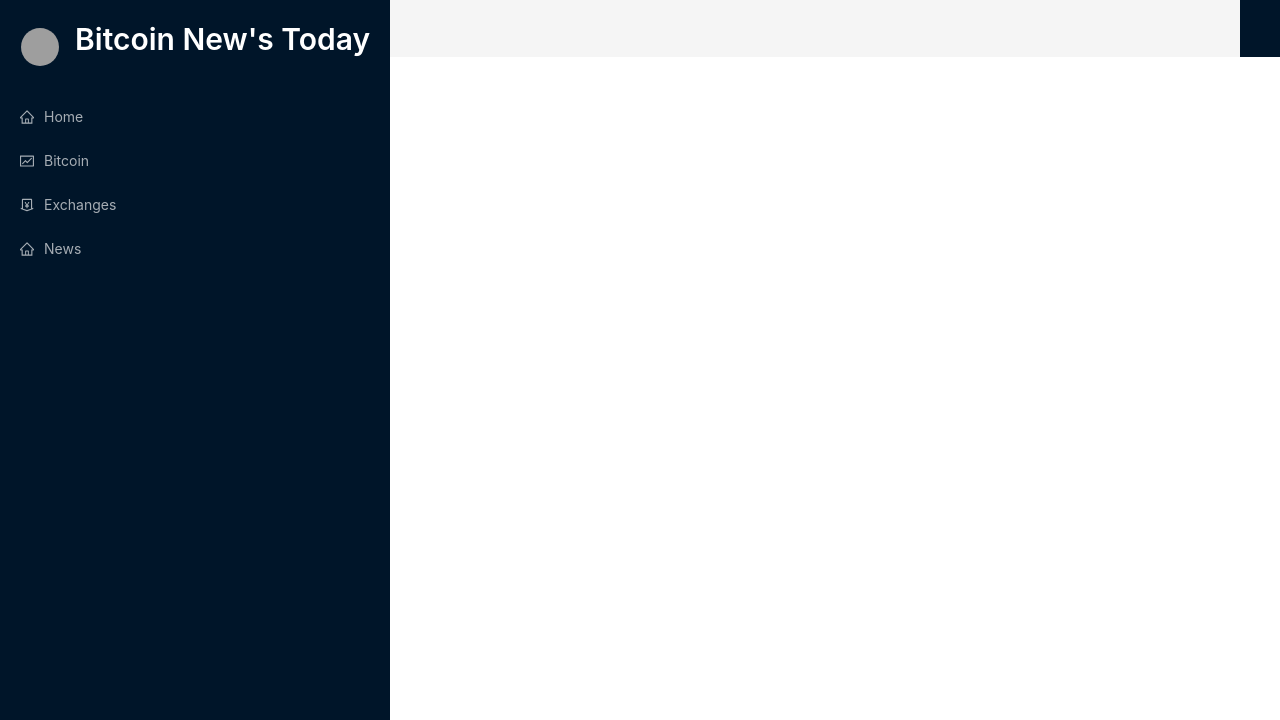
Repository: daotien93/bitcoin-api-app
Page: /bitcoins (app in my-app/)
An editor plug-in stored every save of this project. The page is shown before and after the next save, followed by the edit.
The browser window is 1280 px wide. The pictures show the whole page.
Pictures or frames that could not be fetched are drawn as grey boxes. The project was rebuilt for these pictures with package versions that can differ from the ones it lists, and the page was loaded fresh each time. A package was used in the major version that the imports need, not the one package.json lists. Also part of the build but not shown: my-app/src/pages/Homepage.jsx, my-app/src/pages/Exchanges.jsx, my-app/src/pages/News.jsx. Imported but missing from the stored project, and not drawn on this page: my-app/src/reportWebVitals.

Above is the page before, as saved 2021-10-25 11:36:34.

### my-app/src/index.js
import React from 'react';
import ReactDOM from 'react-dom';
import App from './App';
import reportWebVitals from './reportWebVitals';
import { BrowserRouter as Router } from 'react-router-dom'

ReactDOM.render(
  <React.StrictMode>
    <Router>
        <App />
    </Router>
  </React.StrictMode>,
  document.getElementById('root')
);

// If you want to start measuring performance in your app, pass a function
// to log results (for example: reportWebVitals(console.log))
// or send to an analytics endpoint. Learn more: https://bit.ly/CRA-vitals
reportWebVitals();

### my-app/src/App.js
import React from 'react'
import './App.css'
import { Switch, Route, Link } from 'react-router-dom'
import { Layout, Typography, Space } from 'antd'
import { Navbar } from './components'
import Homepage from './pages/Homepage'
import Exchanges from './pages/Exchanges'
import Bitcoins from './pages/Bitcoins'
import News from './pages/News'

const App = () => {
  return (
    <div className='app'>
      <div className="navbar">
          <Navbar />
      </div>
      <div className="main">
           <Layout>
              <div className="routes">
                   <Switch>
                     <Route exact path='/'>
                        <Homepage />
                    </Route>
                    <Route exact path='/exchanges'>
                        <Exchanges />
                    </Route>
                    <Route exact path='/bitcoins'>
                              <Bitcoins />
                    </Route>
                    <Route exact path='/news'>
                        <News />
                    </Route>
                  </Switch>
              </div>
          </Layout>
      </div>
      <div className="footer"></div>
    </div>
  )
}

export default App

### my-app/src/pages/Bitcoins.jsx
import React from 'react'

const Bitcoins = () => {
    return (
        <div>
            Bitcoin
        </div>
    )
}

export default Bitcoins

### my-app/src/components/Navbar.jsx
import React from 'react'
import { Button, Menu, Typography, Avatar } from 'antd'
import { Link } from 'react-router-dom'
import { HomeOutlined, MoneyCollectOutlined, BulbOutlined, FundOutlined, MenuOutlined } from '@ant-design/icons'
import icon from  '../images/Dogecoin_Logo.png'

const Navbar = () => {
    return (
        <div className='nav-container'>
            <div className="logo-container">
                <Avatar src={icon} size='large' />
                <Typography.Title level={2} className='logo'>
                    <Link to='/'>Bitcoin New's Today</Link>
                </Typography.Title>
                <Button className='menu-control-container'>
                </Button>
            </div>
            <Menu theme='dark'>
                <Menu.Item icon={<HomeOutlined />}>
                    <Link to='/'>Home</Link>
                </Menu.Item>
                <Menu.Item icon={<FundOutlined />}>
                    <Link to='/bitcoins'>Bitcoin</Link>
                </Menu.Item>
                <Menu.Item icon={<MoneyCollectOutlined />}>
                    <Link to='/exchanges'>Exchanges</Link>
                </Menu.Item>
                <Menu.Item icon={<HomeOutlined />}>
                    <Link to='/news'>News</Link>
                </Menu.Item>
            </Menu>
        </div>
    )
}

export default Navbar

Loaded but not shown: my-app/src/App.css (common file); my-app/src/components/index.js (common file)

After the next save:
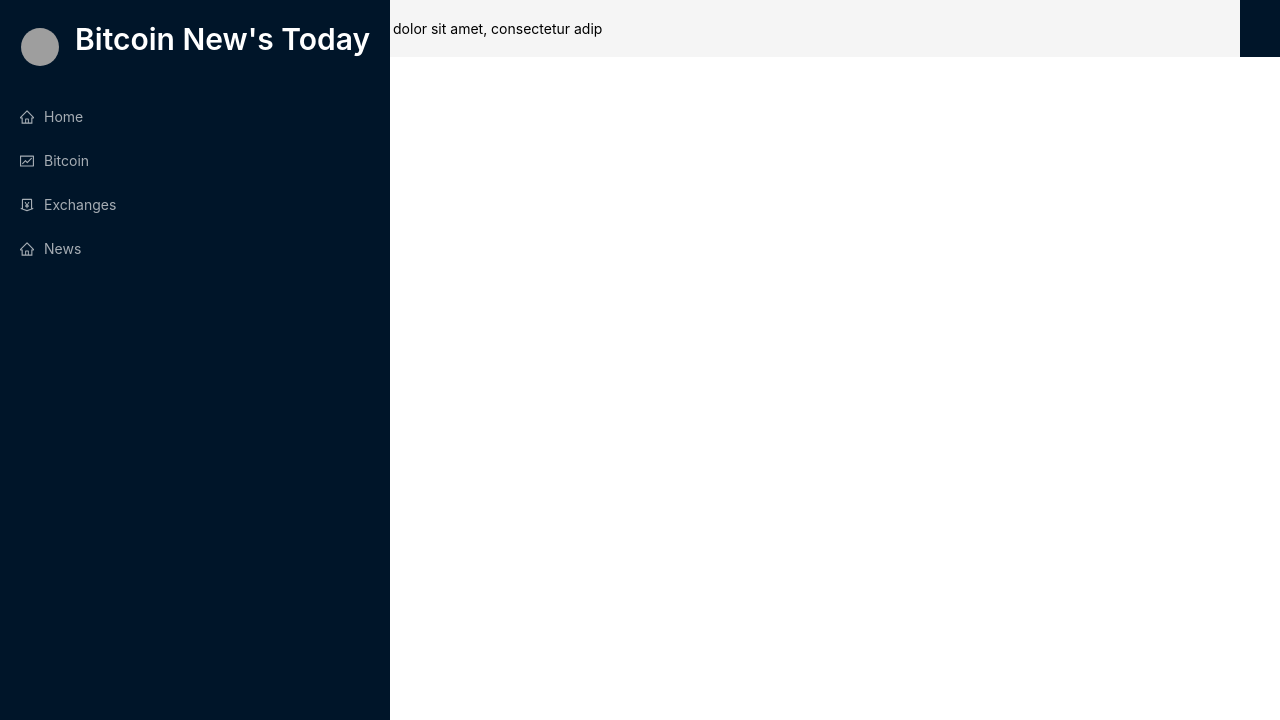
Saved 25 s later.
--- a/my-app/src/pages/Bitcoins.jsx
+++ b/my-app/src/pages/Bitcoins.jsx
@@ -3,7 +3,7 @@ import React from 'react'
 const Bitcoins = () => {
     return (
         <div>
-            Bitcoin
+           lorem ipsum dolor sit amet, consectetur adip
         </div>
     )
 }
